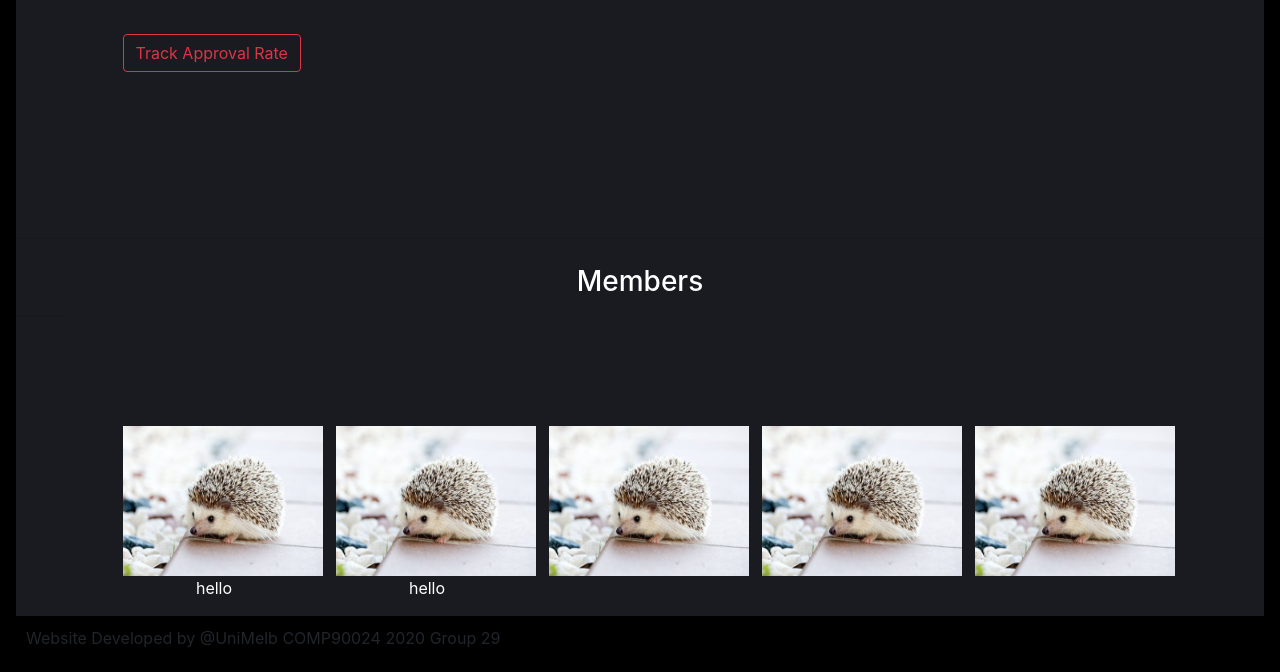
Repository: gusyi/COMP90024_Team29
Page: frontend/templates/frontend/home.html
The author's editor kept a copy of each file at every save. The page is drawn from the files as they stood at one save, then again after the next save.
The browser window is 1280 px wide. The pictures show the part of the page from y = 679 to 1383 px (the page is 1351 px tall before and 1383 px after).
Some web libraries are served in a nearby version. The template is drawn by Django 3.2. The application's start-up code is not run. Other server files are loaded and not shown. The template is opened directly, without the code that normally fills it, so the values that code supplies are empty.

Above is the page before, as saved 2020-05-25 23:31:23.

### backend/frontend/templates/frontend/home.html
{% extends "base_generic.html" %}

{% block main%}

    <div style="background-color:rgb(25, 27, 33);">


    <div style="height: 30px"></div>

    <div class="row">
        <div class="col-sm-1"></div>
        <div class="col-sm-6">
           <div style="height: 70px"></div>
            <h1 style="font-size:100px;color:white;" > Scott Morrison</h1>
            <svg height="30" width="1000">
                <line x1="0" y1="30" x2="400" y2="30" style="stroke:rgb(255,255,255);stroke-width:20" />
            </svg>
            <div style="height: 20px"></div>
            <h1 style="font-size:50px;color:white;" > A Sentiment Analysis on</h1>
            <h1 style="font-size:50px;color:white;" > Twitter Content</h1>

            <div style="height: 80px"></div>
            <a href="/map/"><button type="button" class="btn btn-outline-danger">Track Approval Rate</button></a>


        </div>
        <div class="col-sm-5">
            <div style="height: 50px"></div>
            {% load static %}
            <img src="{% static 'frontend/images/test2.svg' %}" width="500" height="500"/>


        </div>

    </div>
    <div style="height: 150px"></div>
    <hr>
    <div style="height: 10px"></div>
    <h3  style="text-align: center;color:white;"> Members</h3>
    <hr style="width:50px;text-align:center;color:white;margin-left:0">
    <br>
    <div style="height: 20px"></div>
    <div class="row">
        <div class="col-sm-1"></div>
        <div class="col-sm-2">

            <div style="height: 50px"></div>
            {% load static %}
            <img src="{% static 'frontend/images/pic1.jpeg' %}" width="200" height="150"/>

            <p style="text-align: center;color:white;"> hello</p>


        </div>

        <div class="col-sm-2">
            <div style="height: 50px"></div>
            {% load static %}
            <img src="{% static 'frontend/images/pic1.jpeg' %}" width="200" height="150"/>
            <p style="text-align: center;color:white;"> hello</p>


        </div>

        <div class="col-sm-2">
            <div style="height: 50px"></div>
            {% load static %}
            <img src="{% static 'frontend/images/pic1.jpeg' %}" width="200" height="150"/>


        </div>

        <div class="col-sm-2">
            <div style="height: 50px"></div>
            {% load static %}
            <img src="{% static 'frontend/images/pic1.jpeg' %}" width="200" height="150"/>


        </div>

        <div class="col-sm-2">
            <div style="height: 50px"></div>
            {% load static %}
            <img src="{% static 'frontend/images/pic1.jpeg' %}" width="200" height="150"/>


        </div>

    </div>



    <div>

    </div>
    </div>



{% endblock %}

### backend/frontend/templates/base_generic.html
<!doctype html>
<html lang="en">
  <head>
    <meta charset="utf-8">
    <meta name="viewport" content="width=device-width, initial-scale=1, shrink-to-fit=no">
    <meta name="description" content="">
    <meta name="author" content="Mark Otto, Jacob Thornton, and Bootstrap contributors">
    <meta name="generator" content="Jekyll v3.8.6">
    {% block title %}<title>Morrison Index</title>{% endblock %}


    <link rel="canonical" href="https://getbootstrap.com/docs/4.4/examples/cover/">

  {% load static %}
  <link rel="stylesheet" href="{% static 'frontend/bootstrap.min.css' %}">
  <script src="https://kit.fontawesome.com/e01ef97213.js" crossorigin="anonymous"></script>

    <!-- Favicons -->
<link rel="apple-touch-icon" href="/docs/4.4/assets/img/favicons/apple-touch-icon.png" sizes="180x180">
<link rel="icon" href="/docs/4.4/assets/img/favicons/favicon-32x32.png" sizes="32x32" type="image/png">
<link rel="icon" href="/docs/4.4/assets/img/favicons/favicon-16x16.png" sizes="16x16" type="image/png">
<link rel="manifest" href="/docs/4.4/assets/img/favicons/manifest.json">
<link rel="mask-icon" href="/docs/4.4/assets/img/favicons/safari-pinned-tab.svg" color="#563d7c">
<link rel="icon" href="/docs/4.4/assets/img/favicons/favicon.ico">
<meta name="msapplication-config" content="/docs/4.4/assets/img/favicons/browserconfig.xml">
<meta name="theme-color" content="#563d7c">

    <style>
        #footer {

            padding: 10px 10px 0px 10px;
            bottom: 0;
            width: 100%;
            /* Height of the footer*/
            height: 40px;
            background: dark;
        }
        .bd-placeholder-img {
          font-size: 1.125rem;
          text-anchor: middle;
          -webkit-user-select: none;
          -moz-user-select: none;
          -ms-user-select: none;
          user-select: none;
        }

        @media (min-width: 768px) {
          .bd-placeholder-img-lg {
            font-size: 3.5rem;
          }
        }
    </style>

  </head>
  <header class="masthead mb-auto">
    <div class="inner">

        <nav class="navbar navbar-expand-lg navbar-dark bg-black">

            {% load static %}
            <img src="{% static 'frontend/images/website_logo_90_675.svg' %}" width="90" height="67"/>
            <a class="navbar-brand" href="/">Morrison Index</a>
            <button class="navbar-toggler" type="button" data-toggle="collapse" data-target="#navbarColor02" aria-controls="navbarColor02" aria-expanded="false" aria-label="Toggle navigation">
                <span class="navbar-toggler-icon"></span>
            </button>


            <div class="collapse navbar-collapse" id="navbarColor02">
                <ul class="navbar-nav mr-auto">
                <li class="nav-item active">
                    <a class="nav-link" href="/">Home <span class="sr-only">(current)</span></a>
                </li>
                <li class="nav-item">
                    <a class="nav-link" href="/map/">Map and Statistics</a>
                </li>
                </ul>

            </div>
        </nav>
    </div>
  </header>
  <body style="background-color:black;">

  {% load static %}
  <script src="{% static "frontend/main.js" %}"></script>
    <div class="cover-container d-flex w-100 h-100 p-3 mx-auto flex-column">


  <main role="main" class="inner cover">
  {% block main%}
  {% endblock%}

  </main>

  <div id="footer" >
    <div class="inner">
      <p>Website Developed by @UniMelb COMP90024 2020 Group 29</p>
    </div>
  </div>
</div>
</body>
<script src="https://code.jquery.com/jquery-3.4.1.slim.min.js" integrity="sha384-J6qa4849blE2+poT4WnyKhv5vZF5SrPo0iEjwBvKU7imGFAV0wwj1yYfoRSJoZ+n" crossorigin="anonymous"></script>
<script src="https://cdn.jsdelivr.net/npm/popper.js@1.16.0/dist/umd/popper.min.js" integrity="sha384-Q6E9RHvbIyZFJoft+2mJbHaEWldlvI9IOYy5n3zV9zzTtmI3UksdQRVvoxMfooAo" crossorigin="anonymous"></script>
<script src="https://stackpath.bootstrapcdn.com/bootstrap/4.4.1/js/bootstrap.min.js" integrity="sha384-wfSDF2E50Y2D1uUdj0O3uMBJnjuUD4Ih7YwaYd1iqfktj0Uod8GCExl3Og8ifwB6" crossorigin="anonymous"></script>

</html>

Loaded but not shown: backend/frontend/static/frontend/bootstrap.min.css (library); backend/frontend/static/frontend/main.js (library); backend/frontend/static/frontend/images/website_logo_90_675.svg (549 lines, source omitted)

After the next save:
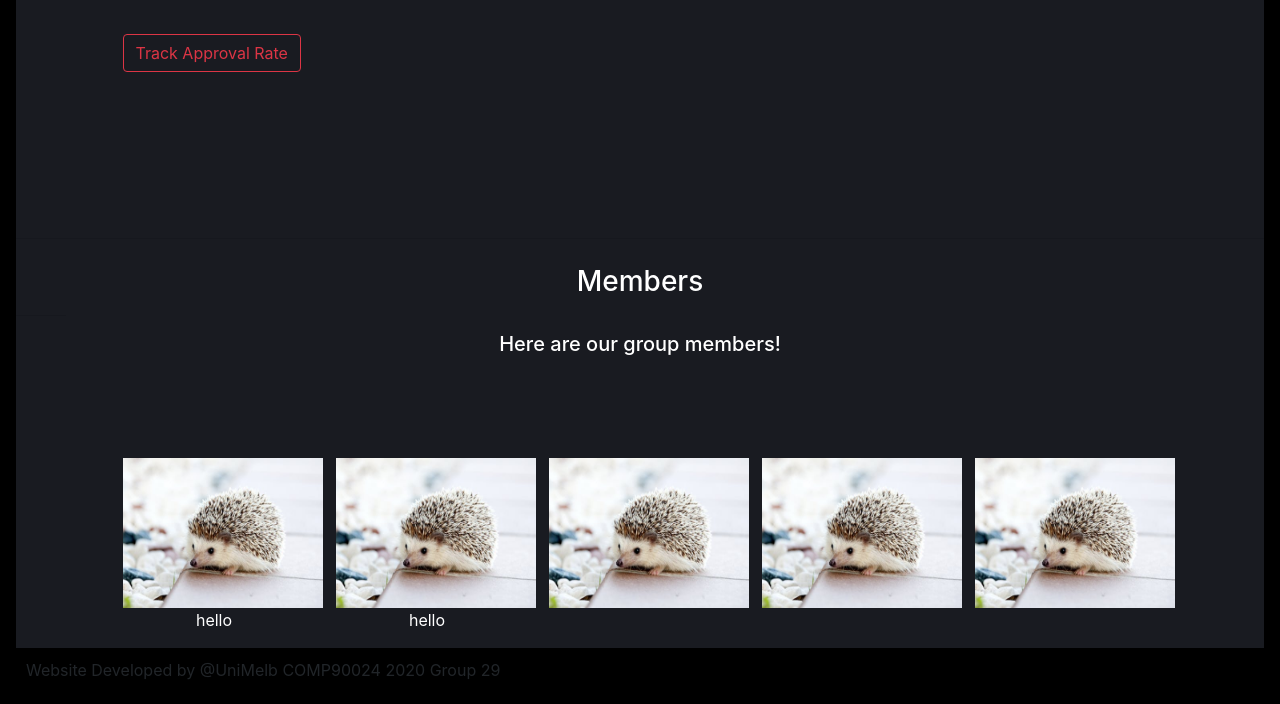
Saved 54 s later.
--- a/backend/frontend/templates/frontend/home.html
+++ b/backend/frontend/templates/frontend/home.html
@@ -38,6 +38,7 @@
     <div style="height: 10px"></div>
     <h3  style="text-align: center;color:white;"> Members</h3>
     <hr style="width:50px;text-align:center;color:white;margin-left:0">
+    <h5  style="text-align: center;color:white;"> Here are our group members!</h5>
     <br>
     <div style="height: 20px"></div>
     <div class="row">
